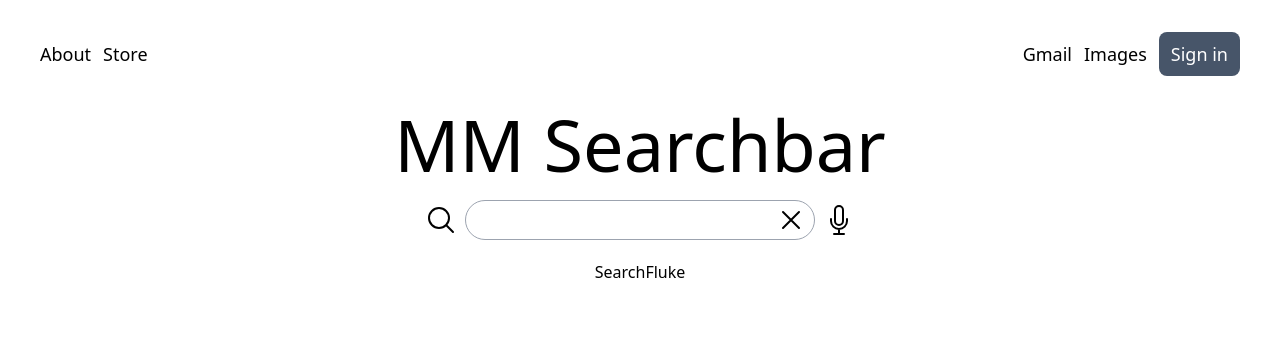
Repository: michalmilek/minigoogle
Page: /
An editor plug-in stored every save of this project. The page is shown before and after the next save, followed by the edit.
The browser window is 1280 px wide. The pictures show the whole page.
The page's requests for data from a server got no answer. The project was rebuilt for these pictures with package versions that can differ from the ones it lists, and the page was loaded fresh each time. The framework's server and built-in components were replaced by stand-ins that run in the browser. No one was signed in, and anything a server would have sent is missing. Also part of the build but not shown: next.config.js.

Above is the page before, as saved 2023-02-13 13:39:19.

After the next save:
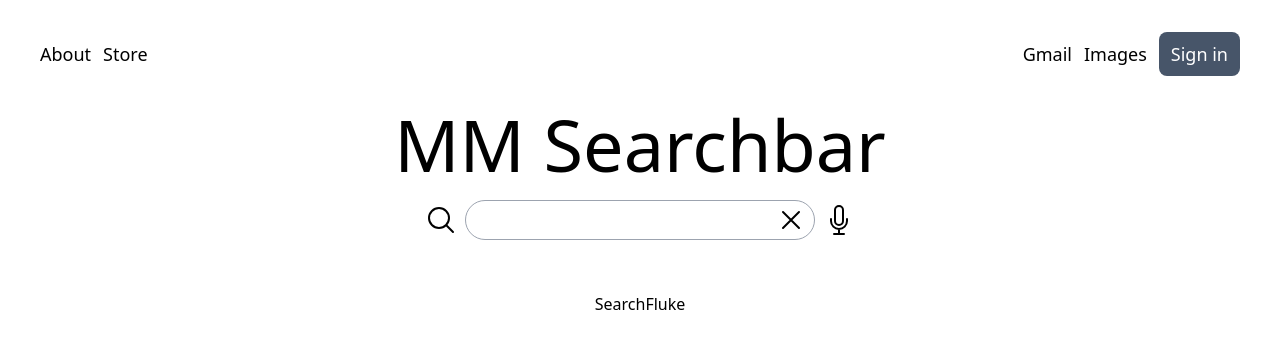
Saved 9 s later.
--- a/pages/index.tsx
+++ b/pages/index.tsx
@@ -40,7 +40,7 @@
           </div>
           <MicrophoneIcon className="h-8" />
         </div>
-        <div className="flex">
+        <div className="flex mt-8">
           <button>Search</button>
           <button>Fluke</button>
         </div>
